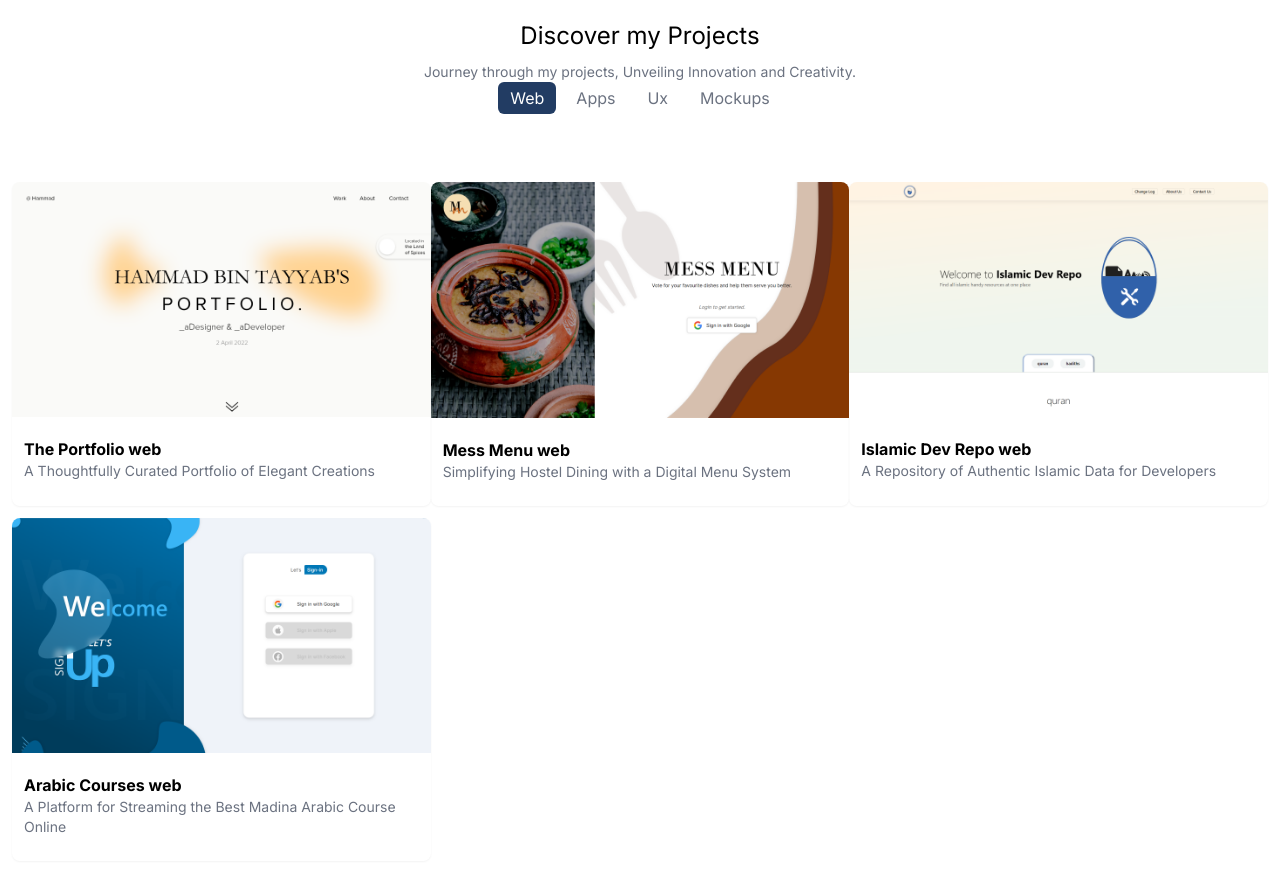
Repository: SpicierEwe/my_portfolio_v2
Page: /
The author's editor kept a copy of each file at every save. The page is drawn from the files as they stood at one save, then again after the next save.
The browser window is 1280 px wide. The pictures show the whole page.
The project was rebuilt for these pictures with package versions that can differ from the ones it lists, and the page was loaded fresh each time. The framework's server and built-in components were replaced by stand-ins that run in the browser. Also part of the build but not shown: next.config.js, core/utils/customIcons.js, core/utils/utils.tsx, core/db/sub_db_data/ux_db.js.

Above is the page before, as saved 2024-04-22 11:22:15.

### app/page.tsx
import DevicePreview from "@/Components/Device_preview/device_preview";
import HeroSection from "@/Components/Hero_section/hero_section";
import WorkSection from "@/Components/Work_section/work_section";
import Image from "next/image";

export default function Home() {
  return (
    <main>
      {/* <div className="absolute z-30 overflow-hidden bottom-0 ">
        <DevicePreview  />
      </div> */}
      {/* <div className="overflow-hidden">
        <HeroSection />
      </div> */}

      <WorkSection />
    </main>
  );
}

### app/globals.css
@layer base {

  @font-face {
    font-family: 'Garamond';
    src: url('../public/fonts/EBGaramond-VariableFont_wght.ttf');

  }

  @font-face {
    font-family: 'Proxima Nova';
    src: url('../public/fonts/MarkSimonsonProximaNovaRegular.otf');
    font-weight: normal;
    font-style: normal;
  }


  @font-face {
    font-family: "Rage";
    src: url("../public/fonts/rage.ttf");
  }
}

@tailwind base;
@tailwind components;
@tailwind utilities;

:root {
  --foreground-rgb: 0, 0, 0;
  --background-start-rgb: 214, 219, 220;
  --background-end-rgb: 255, 255, 255;

}

@media (prefers-color-scheme: dark) {
  :root {
    --foreground-rgb: 255, 255, 255;
    --background-start-rgb: 0, 0, 0;
    --background-end-rgb: 0, 0, 0;
  }
}

body {

  /* background: #F5F5F5; */
}

### Components/Work_section/work_section.tsx
"use client";

import { db } from "../../core/db/db";
import Image from "next/image";
import Link from "next/link";
import { useState } from "react";

export default function WorkSection() {
  const navItems: string[] = Object.keys(db.portfolioItems);
  const [selectedNavItemIndex, setSelectedNavItemIndex] = useState<number>(0);
  return (
    <section className="">
      {/* header */}
      <header className="flex flex-col items-center pt-5">
        <h2 className="text-center text-2xl">Discover my Projects</h2>
        <p className="text-center text-sm mt-2.5 text-gray-500">
          Journey through my projects, Unveiling Innovation and Creativity.
        </p>
      </header>
      {/* nav */}
      <nav>
        <ul className="flex justify-center mt-6 gap-2 flex-wrap">
          {navItems.map((item, index) => {
            const isSelected: Boolean = selectedNavItemIndex == index;
            return (
              <li
                className={`${
                  isSelected ? "bg-brand-color" : ""
                } px-3 py-1 rounded-md cursor-pointer`}
                onClick={() => setSelectedNavItemIndex(index)}
                key={index}
              >
                <Link
                  href="#"
                  className={`${
                    isSelected ? "text-white" : "text-gray-500"
                  } capitalize`}
                >
                  {item}
                </Link>
              </li>
            );
          })}
        </ul>
      </nav>

      <main>
        {/* projects */}
        <div className="grid grid-cols-1 md:grid-cols-2 lg:grid-cols-3 gap-4 mt-14 px-3 py-3">
          {(db.portfolioItems as any)[navItems[selectedNavItemIndex]].map(
            (item: any, index: number) => {
              const selectedNavItemName: string =
                navItems[selectedNavItemIndex];
              const projectName: string = item["projectName"];
              const imageLink: string = item["imageLink"];
              const tagLine = item["projectTagLine"];
              return (
                <div
                  key={index}
                  className="shadow-sm rounded-lg overflow-hidden mb-3"
                >
                  {
                    <Image
                      className="hover:scale-105 transition-transform duration-300 ease-in-out"
                      src={imageLink}
                      alt={projectName}
                      height={200}
                      width={200}
                      layout="responsive"
                    ></Image>
                  }
                  <div className="ml-3 mb-6 mt-5">
                    <p className=" font-bold">
                      {projectName} {selectedNavItemName}
                    </p>
                    <p className="text-gray-500 text-sm">{tagLine}</p>
                  </div>
                </div>
              );
            }
          )}
        </div>
      </main>
    </section>
  );
}

### core/db/db.js
import { websitesDb } from "./sub_db_data/websites_db";
import { appsDb } from "./sub_db_data/apps_db";
import { uxDb } from "./sub_db_data/ux_db";
import { mockupsDb } from "./sub_db_data/mockups_db";

export const db = {
  portfolioItems: {
    web: websitesDb,
    apps: appsDb,
    ux: uxDb,
    mockups: mockupsDb,
  },
};

### core/db/sub_db_data/websites_db.js
import { embedCustomLinks } from "../../utils/utils";

export const websitesDb = [
  {
    projectName: "The Portfolio",
    projectId: "e2f9658b-f9bb-4d2c-ac8c-113a56d9204f",
    projectTagLine: "A Thoughtfully Curated Portfolio of Elegant Creations",
    link: "https://hammadtayyab.vercel.app/",
    imageLink: "/images/websites/my_portfolio.png",
    info: "This portfolio project showcases a minimalist design, highlighting my work and skills with clarity and finesse. The aim was to provide a seamless user experience and intuitive navigation, creating a comprehensive and sophisticated display of my professional journey.",
    roles: [
      "Data Analyst",
      "Designer",
      "Developer",
      "Maintainer",
      "Product Manager",
      "Tester/Quality Assurance",
      "Researcher",
      "DevOps Engineer",
      "Technical Writer",
      "Project Manager",
    ],
    techStack: [
      "NextJs",
      "React",
      "TypeScript",
      "TailwindCSS",
      "HTML",
      "CSS",
      "JavaScript",
      "Git",
      "Vercel",
    ],
  },
  {
    projectId: "566ec8d6-4d5d-4f22-9580-2c574f7122fb",
    projectName: "Mess Menu",
    projectTagLine: "Simplifying Hostel Dining with a Digital Menu System",
    link: "https://messmenu.vercel.app/",
    imageLink: "/images/websites/mess_menu.png",
    info: "This project streamlines the process of hostel dining by offering a digital menu system for students. Monthly menus are curated through community voting, allowing students to have a say in their dining options. Originating from a friend's final year project, the focus was on user-centric design and functionality, ensuring a seamless experience for all users.",
    roles: [
      "Data Analyst",
      "Designer",
      "Developer",
      "Maintainer",
      "Product Manager",
      "Tester/Quality Assurance",
      "Researcher",
      "DevOps Engineer",
      "Technical Writer",
      "Project Manager",
    ],
    techStack: [
      "NextJs",
      "React",
      "HTML",
      "CSS",
      "JavaScript",
      "Git",
      "Vercel",
      "Firebase",
      "Firebase Auth",
    ],
  },
  {
    projectId: "e3a52953-0a4d-43c3-b874-bd55925f6a7e",
    projectName: "Islamic Dev Repo",
    projectTagLine: "A Repository of Authentic Islamic Data for Developers",
    link: "https://islamic-dev-repo.vercel.app/",
    imageLink: "/images/websites/islamic_dev_repo.png",
    info: "This project offers developers a curated repository of reliable Islamic data that can be seamlessly integrated into various applications. With a focus on authenticity and compatibility across multiple devices, this repository provides a trustworthy source of information for developers working on Islamic-related projects.",
    roles: [
      "Data Analyst",
      "Designer",
      "Developer",
      "Maintainer",
      "Product Manager",
      "Tester/Quality Assurance",
      "Researcher",
      "DevOps Engineer",
      "Technical Writer",
      "Project Manager",
    ],
    techStack: [
      "NextJs",
      "React",
      "HTML",
      "CSS",
      "JavaScript",
      "Git",
      "Vercel",
      "Python",
    ],
  },
  {
    projectId: "87693335-b9d6-434c-8428-5d8266482050",
    projectName: "Arabic Courses",
    projectTagLine:
      "A Platform for Streaming the Best Madina Arabic Course Online",
    link: "https://arabiccourses.vercel.app/",
    imageLink: "/images/websites/arabic_courses.png",
    info: `The goal of this project was to establish an online platform for the popular Madina Arabic course, allowing users to stream videos from the cloud and track their progress. Initially, the videos were only available for download, but this platform offers a more convenient streaming experience. You can learn more about the course at ${embedCustomLinks(
      {
        link: "https://abdurrahman.org/arabic-learning/dvds/",
        title: "AbdurRahman.Org",
      }
    )}. Arabic Courses enhances accessibility and convenience for users, making the learning process smoother and more enjoyable.`,
    roles: [
      "Data Analyst",
      "Designer",
      "Developer",
      "Maintainer",
      "Product Manager",
      "Tester/Quality Assurance",
      "Researcher",
      "DevOps Engineer",
      "Technical Writer",
      "Project Manager",
    ],
    techStack: [
      "NextJs",
      "React",
      "HTML",
      "CSS",
      "JavaScript",
      "Git",
      "Vercel",
      "Firebase",
      "Firebase Auth",
    ],
  },
];

### core/db/sub_db_data/apps_db.js
import { embedCustomLinks } from "../../utils/utils";

export const appsDb = [
  {
    projectId: "38384ae3-5586-40be-b025-c9c3ad1094ef",
    projectName: "al Qur'an",
    projectTagLine: "All about the Qur'an in one app.",

    link: "https://play.google.com/store/apps/details?id=com.spicierewe.al_quran",

    imageLink: "/images/apps/al_quran.png",

    info: `The "al Qur'an" app offers a comprehensive experience of the Qur'an for users around the world. It includes a wide range of translations in various languages, tafseer (exegesis), access to over 49 reciters and translators, and much more. All data is sourced from the reliable platform ${embedCustomLinks(
      { link: "https://quran.com", title: "quran.com" }
    )}.`,

    roles: [
      "Data Analyst",
      "Designer",
      "Developer",
      "Maintainer",
      "Product Manager",
      "Tester/Quality Assurance",
      "Researcher",
      "DevOps Engineer",
      "Technical Writer",
      "Project Manager",
    ],

    techStack: ["Flutter", "Dart", "Git", "Adobe XD"],

    platforms: ["Android"],
  },
  {
    projectId: "1eeb435f-acbd-41e8-b826-440959bb6a57",
    projectName: "Riddle Me",
    projectTagLine: "Riddle Me: Unraveling Minds, One Clue at a Time!",

    link: "https://play.google.com/store/apps/details?id=com.spicierewe.RiddleMe",

    imageLink: "/images/apps/riddle_me.png",

    info: "Riddle Me is an engaging and challenging game designed to test your intelligence and problem-solving skills. This game stimulates creative thinking and encourages you to approach problems from different perspectives.",

    roles: [
      "Data Analyst",
      "Designer",
      "Developer",
      "Maintainer",
      "Product Manager",
      "Tester/Quality Assurance",
      "Researcher",
      "DevOps Engineer",
      "Technical Writer",
      "Project Manager",
    ],

    techStack: ["Flutter", "Dart", "Git", "Adobe XD"],

    platforms: ["Android"],
  },
  {
    projectId: "2ae7005c-16e2-4fe5-b7b0-20f5f826321e",
    projectName: "Food Deals",
    projectTagLine: "Find the best food deals at your fingertips.",

    link: "https://play.google.com/store/apps/details?id=com.spicierewe.food_deals",

    imageLink: "/images/apps/food_deals.png",

    info: "Food Deals is an app that helps users discover the best offers and discounts on their favorite food delivery services. Save money and enjoy your favorite meals by comparing prices across different platforms.",

    roles: [
      "Data Analyst",
      "Designer",
      "Developer",
      "Maintainer",
      "Product Manager",
      "Tester/Quality Assurance",
      "Researcher",
      "DevOps Engineer",
      "Technical Writer",
      "Project Manager",
    ],

    techStack: ["Flutter", "Dart", "Git", "Adobe XD"],

    platforms: ["Android"],
  },
  {
    projectId: "627de94f-59b4-4f85-bcf4-df6fbf22714e",
    projectName: "Hadith Collection",
    projectTagLine: "Access authentic hadiths of the Prophet Muhammad (pbuh).",

    link: "https://play.google.com/store/apps/details?id=com.spicierewe.ahadith_collection",

    imageLink: "/images/apps/ahadith_collection.png",

    info: `The "Hadith Collection" app provides a comprehensive and authentic collection of hadiths of the Prophet Muhammad (pbuh). It includes data from various reputable sources such as ${embedCustomLinks(
      { link: "https://sunnah.com", title: "sunnah.com" }
    )} for Arabic and English, and ${embedCustomLinks({
      link: "https://github.com/pakjiddat/islam-companion-web-api",
      title: "islam-companion-web-api",
    })} for Urdu data.`,

    roles: [
      "Data Analyst",
      "Designer",
      "Developer",
      "Maintainer",
      "Product Manager",
      "Tester/Quality Assurance",
      "Researcher",
      "DevOps Engineer",
      "Technical Writer",
      "Project Manager",
    ],

    techStack: ["Flutter", "Dart", "Git", "Adobe XD"],

    platforms: ["Android"],
  },
  {
    projectId: "7468bdef-5b24-454e-ae99-dd0a558441d7",
    projectName: "Study Practice",
    projectTagLine: "Practice makes perfect.",

    link: "https://play.google.com/store/apps/details?id=com.spicierewe.study_practice",

    imageLink: "/images/apps/study_practice.png",

    info: "Study Practice is a study companion app designed to help students prepare for competitive exams such as NEET and JEE. The app offers past exam questions, mock tests, and real-time progress tracking along with official study material.",

    roles: [
      "Data Analyst",
      "Designer",
      "Developer",
      "Maintainer",
      "Product Manager",
      "Tester/Quality Assurance",
      "Researcher",
      "DevOps Engineer",
      "Technical Writer",
      "Project Manager",
    ],

    techStack: ["Flutter", "Dart", "Git", "Adobe XD"],

    platforms: ["Android"],
  },
];

### core/db/sub_db_data/mockups_db.js
export const mockupsDb = [
  {
    phone_mockup_links: [],
    other_mockup_links: [
      "/images/mockups/eat_healthy_mockup.svg",
      "/images/mockups/bot_mockup_theme_light.svg",
      "/images/mockups/bot_mockup_theme_dark.svg",
      "/images/mockups/the_perfume_lab_price_list.png",
      "/images/mockups/noraty_business_hero_section.svg",
      "/images/mockups/gr_showcase.png",
      "/images/mockups/just_moved_showcase.png",
      "/images/mockups/archer_product_design.png",
      "/images/mockups/the_connection_poster.png",
      "/images/mockups/social_flow_flyer.png",
      "/images/mockups/LVD_roll_up_banner.png",
      "/images/mockups/ATS_flyer.png",
    ],
  },
];

### tailwind.config.js
const { reverse } = require("dns");
const defaultTheme = require("tailwindcss/defaultTheme");

/** @type {import('tailwindcss').Config} */
module.exports = {
  content: [
    "./pages/**/*.{js,ts,jsx,tsx,mdx}",
    "./components/**/*.{js,ts,jsx,tsx,mdx}",
    "./app/**/*.{js,ts,jsx,tsx,mdx}",
    "./core/**/*.{js,ts,jsx,tsx,mdx}",
  ],
  theme: {
    extend: {
      screens: { xs: { max: "640px" } },

      maxWidth: {
        "120rem": "120rem",
      },

      backgroundImage: {
        "gradient-radial": "radial-gradient(var(--tw-gradient-stops))",
        "gradient-conic":
          "conic-gradient(from 180deg at 50% 50%, var(--tw-gradient-stops))",
      },

      colors: {
        "brand-color": "#223c63",
        "primary-color": "#ffffff",
        "secondary-color": "#00A699",
        "accent-color": "#779ace",
      },

      keyframes: {
        wiggle: {
          "0%, 100%": { transform: "rotate(-3deg)" },
          "50%": { transform: "rotate(3deg)" },
        },

        levitate: {
          "0%": { transform: "translateY(50px)" },
          "50%": { transform: "translateY(-30px)  scale(1.1)" },
          "100%": { transform: "translateY(50px)" },
        },
        levitate_reverse: {
          "0%": { transform: "translateY(-90px)" },
          "50%": { transform: "translateY(30px)  scale(1.1)" },
          "100%": { transform: "translateY(-90px)" },
        },
      },

      animation: {
        "spin-slow": "spin 3s linear infinite",
        wiggle: "wiggle 1s ease-in-out infinite",
        levitate: "levitate 5s ease-in-out infinite",
        levitate_reverse: "levitate_reverse 5s ease-in-out infinite reverse",
      },

      fontFamily: {
        garmond: ["Garmond", ...defaultTheme.fontFamily.serif],
        custom_sans: ["Proxima Nova", ...defaultTheme.fontFamily.sans],
      },

      height: {
        dvh: "100dvh",
      },
    },
  },

  variants: {
    backgroundColor: ["responsive", "hover", "focus", "active"],
  },

  plugins: [],
};

Loaded but not shown: app/layout.tsx (common file)

After the next save:
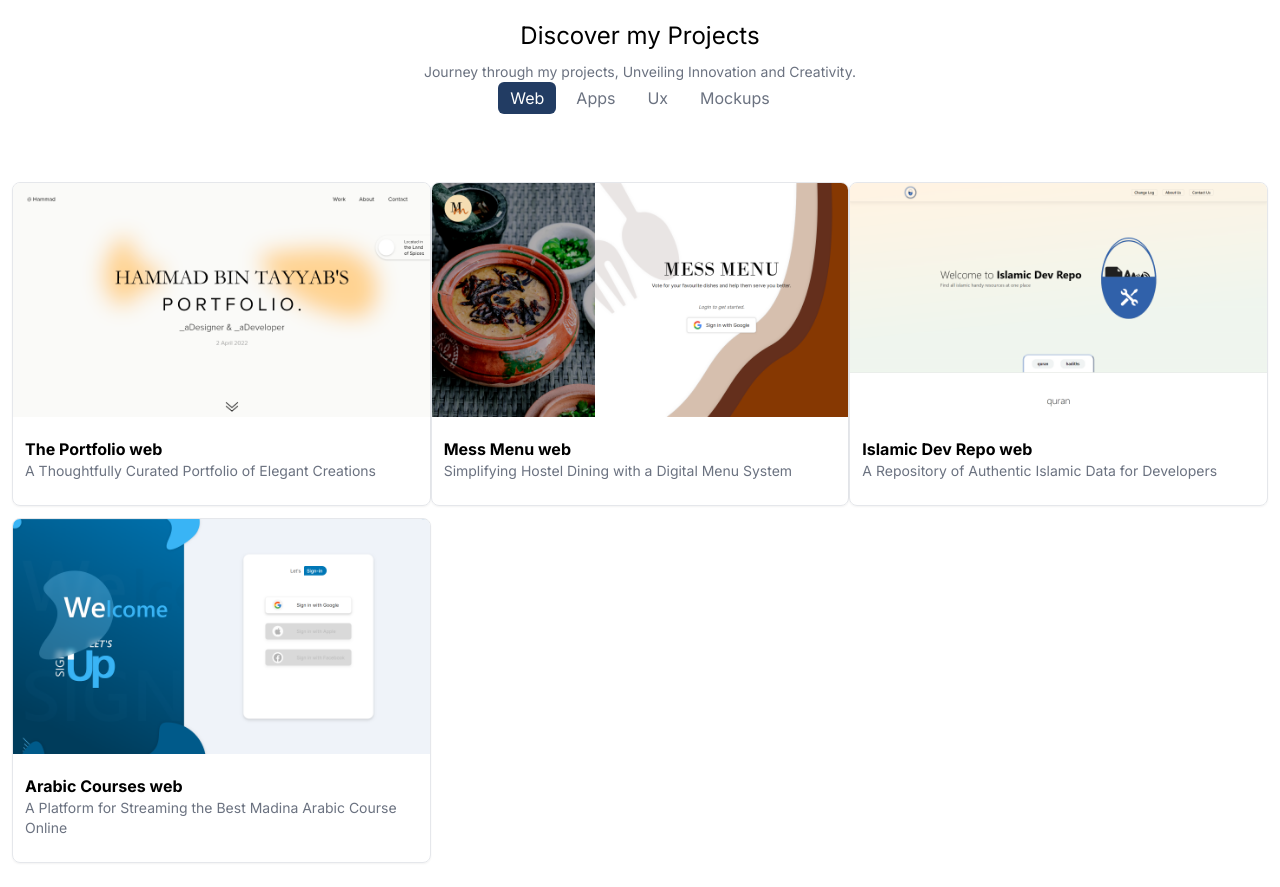
Saved 94 s later.
--- a/Components/Work_section/work_section.tsx
+++ b/Components/Work_section/work_section.tsx
@@ -57,7 +57,7 @@
               return (
                 <div
                   key={index}
-                  className="shadow-sm rounded-lg overflow-hidden mb-3"
+                  className="shadow-sm rounded-lg overflow-hidden mb-3 border"
                 >
                   {
                     <Image

After the save that followed:
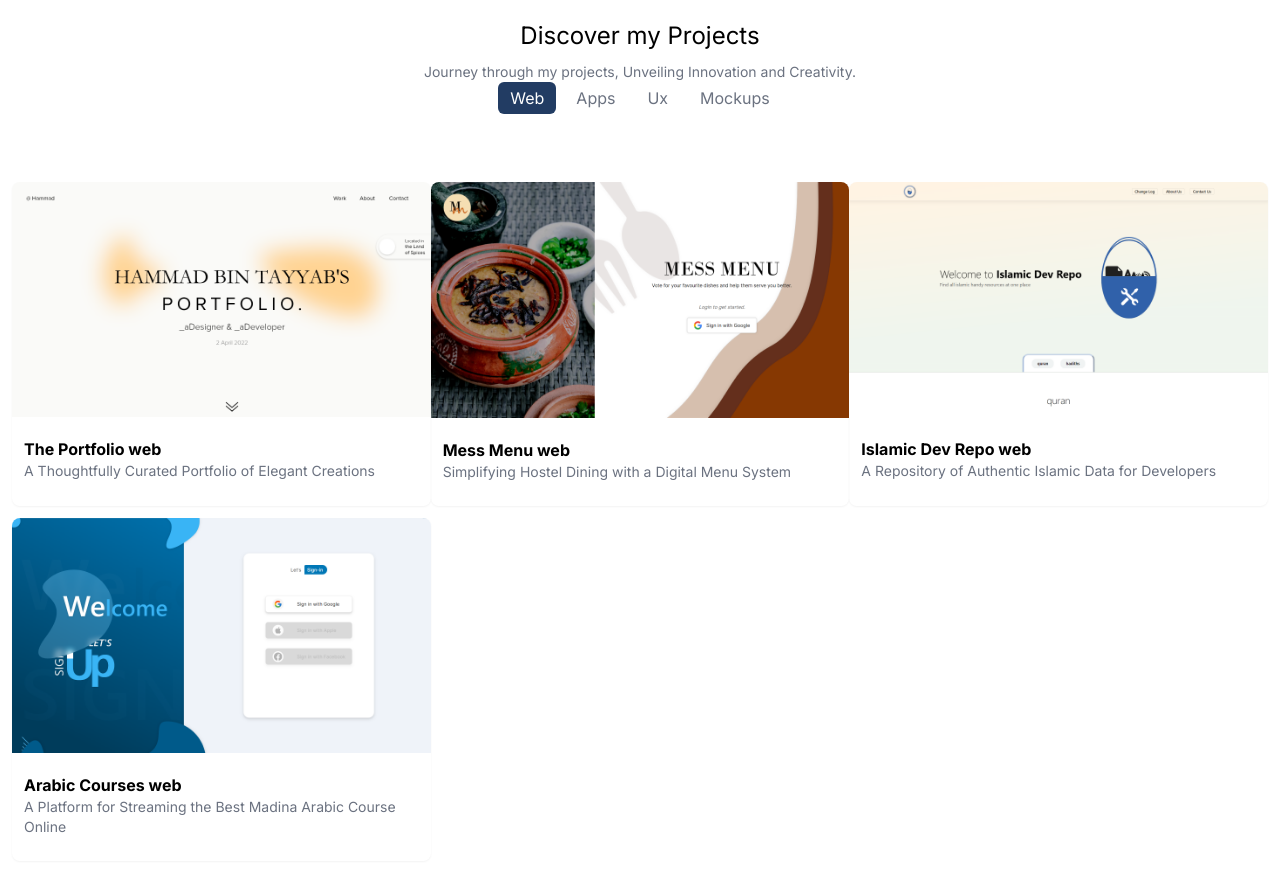
Saved 17 s later.
--- a/Components/Work_section/work_section.tsx
+++ b/Components/Work_section/work_section.tsx
@@ -57,7 +57,7 @@
               return (
                 <div
                   key={index}
-                  className="shadow-sm rounded-lg overflow-hidden mb-3 border"
+                  className="shadow-sm rounded-lg overflow-hidden mb-3 border-gray-100"
                 >
                   {
                     <Image
